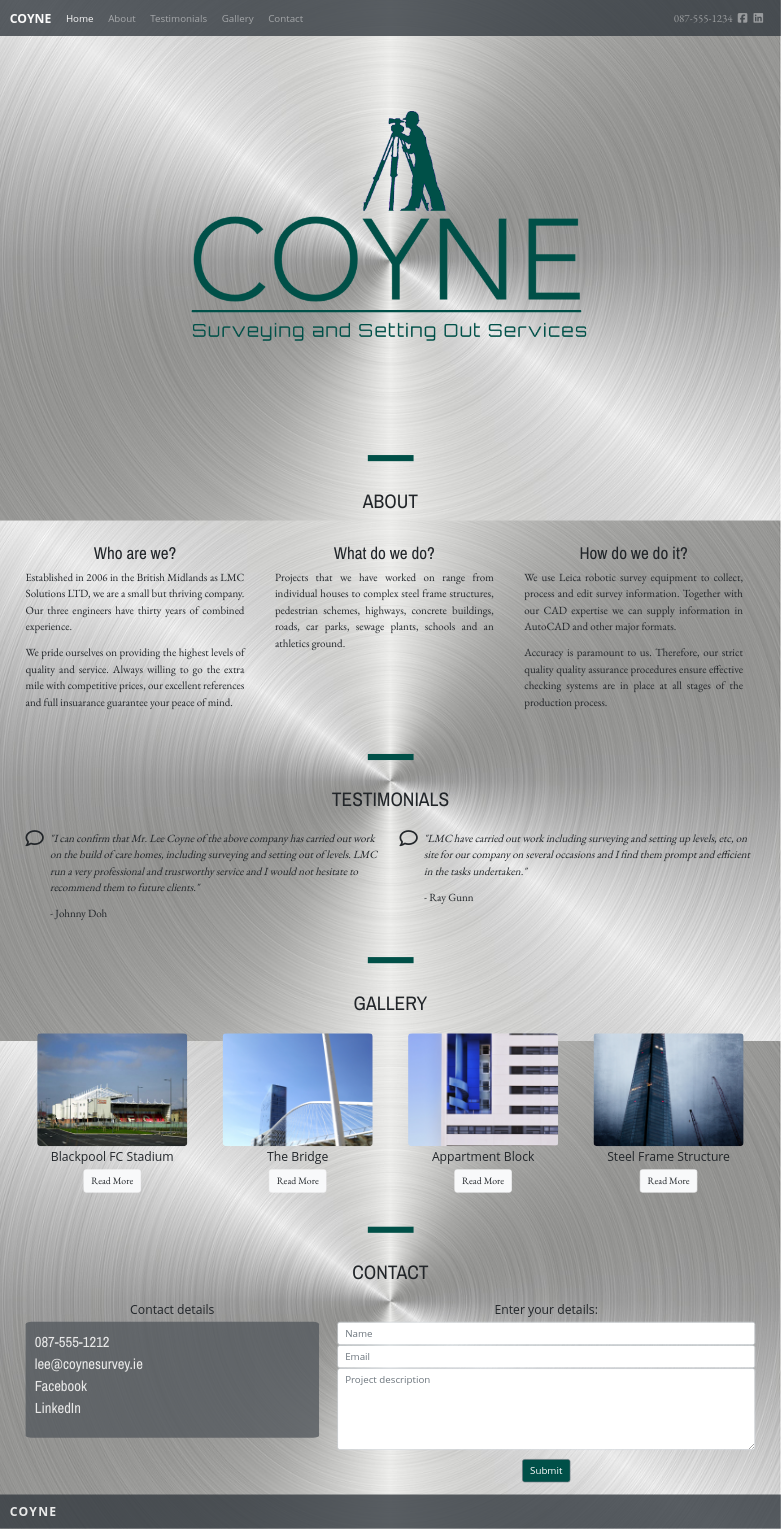
Repository: Leo-Cullen/first-milestone-project
Page: index.html
The author's editor kept a record of every edit. The page is drawn from the files as they stood at one moment, then again after the next edit.
The browser window is 1280 px wide. The pictures show the whole page, at 61% of full size.
Backgrounds fixed to the window are drawn as part of the page. Some web libraries are served in a nearby version.

Above is the page before.

### index.html
<!DOCTYPE html>
<html lang="en">

<head>
    <meta charset="UTF-8">
    <meta name="viewport" content="width=device-width, initial-scale=1.0">
    <meta http-equiv="X-UA-Compatible" content="ie=edge">
    <link rel="stylesheet" href="https://stackpath.bootstrapcdn.com/bootstrap/4.3.1/css/bootstrap.min.css" integrity="sha384-ggOyR0iXCbMQv3Xipma34MD+dH/1fQ784/j6cY/iJTQUOhcWr7x9JvoRxT2MZw1T" crossorigin="anonymous">
    <link href="https://fonts.googleapis.com/css?family=Archivo+Narrow|EB+Garamond&display=swap" rel="stylesheet">
    <link rel="stylesheet" href="assets/css/style.css" type="text/css" />
    <title>Coyne | Surveying and setting out services</title>
    <script src="https://kit.fontawesome.com/c525f812d6.js"></script>
</head>

<body>

    <nav class="navbar top-navbar navbar-expand-sm navbar-dark bg-dark fixed-top">
        <a class="navbar-brand" href="#"> COYNE </a>

        <button class="navbar-toggler" type="button" data-toggle="collapse" data-target="#navbarNav" aria-controls="navbarNav" aria-expanded="false" aria-label="Toggle navigation">
            <span class="navbar-toggler-icon"></span>
        </button>
        <div class="collapse navbar-collapse" id="navbarNav">
            <ul class="navbar-nav mr-auto">
                <li class="nav-item active">
                    <a class="active nav-link mr-2" href="#">Home <span class="sr-only">(current)</span></a>
                </li>
                <li class="nav-item mr-2">
                    <a class="nav-link" href="#about">About</a>
                </li>
                <li class="nav-item mr-2">
                    <a class="nav-link" href="#testimonials">Testimonials</a>
                </li>
                <li class="nav-item mr-2">
                    <a class="nav-link" href="#gallery-anchor">Gallery</a>
                </li>
                <li class="nav-item mr-2">
                    <a class="nav-link" href="#contact">Contact</a>
                </li>
            </ul>
            <div class="d-none d-md-block">
                <p class="navbar-text my-auto mr-2">087-555-1234 <i class="fab fa-facebook-square icon"></i><i class="fab fa-linkedin icon"></i></p>
            </div>
        </div>
    </nav>

    <div class="container-fluid  splash-container">
        <div class="row">
            <div class="col-12">
                <section class="splash jumbotron">
                    <img src="assets/images/coyne-logo.png" width="100%" height="100%" style="margin-top:100px" />
                    <!--  -->
                </section>
            </div>
        </div>
    </div>

    <div class="container-fluid about-container content-container">
        <!-- About section -->
        <hr id="about" />
        <section class="about-section">
            <div class="row">
                <div class="col-12 page-header">
                    <h2 class="text-uppercase section-heading">About</h2>
                </div>
            </div>
            <div class="row">
                <div class="col-12 col-md-6 col-lg-4">
                    <div class="about-col">
                        <h3 class="about-heading">Who are we?</h3>
                        <p>Established in 2006 in the British Midlands as LMC Solutions LTD, we are a small but thriving company. Our three engineers have thirty years of combined experience.</p>
                        <p>We pride ourselves on providing the highest levels of quality and service. Always willing to go the extra mile with competitive prices, our excellent references and full insuarance guarantee your peace of mind.</p>
                    </div>
                </div>
                <div class="col-12 col-md-6 col-lg-4">
                    <div class="about-col">
                        <h3 class="about-heading">What do we do?</h3>
                        <p>Projects that we have worked on range from individual houses to complex steel frame structures, pedestrian schemes, highways, concrete buildings, roads, car parks, sewage plants, schools and an athletics ground.</p>
                    </div>
                </div>
                <div class="col-12 col-md-6 col-lg-4">
                    <div class="about-col">
                        <h3 class="about-heading">How do we do it?</h3>
                        <p>We use Leica robotic survey equipment to collect, process and edit survey information. Together with our CAD expertise we can supply information in AutoCAD and other major formats.</p>
                        <p>Accuracy is paramount to us. Therefore, our strict quality quality assurance procedures ensure effective checking systems are in place at all stages of the production process.</p>
                    </div>
                </div>
            </div>
        </section>
        <!-- / About section -->
    </div>
    <!-- / About container -->

    <div class="container-fluid testimonials-container content-container">
        <!-- Testimonials section -->
        <hr id="testimonials" />
        <section class="testimonials">
            <div class="row">
                <div class="col-12 page-header">
                    <h2 class="text-uppercase section-heading">Testimonials</h2>
                </div>
            </div>
            <div class="row">
                <div class="col-12 col-md-6">
                    <div class="media">
                        <i class="far fa-comment" class="mr-3"></i>
                        <blockquote class="blockquote">
                            <p class="quote">"I can confirm that Mr. Lee Coyne of the above company has carried out work on the build of care homes, including surveying and setting out of levels. LMC run a very professional and trustworthy service and I would not hesitate
                                to recommend them to future clients."</p>
                            <p>- Johnny Doh</p>
                        </blockquote>
                    </div>
                </div>
                <div class="col-12 col-md-6">
                    <div class="media">
                        <i class="far fa-comment" class="mr-3"></i>
                        <blockquote class="blockquote">
                            <p class="quote">"LMC have carried out work including surveying and setting up levels, etc, on site for our company on several occasions and I find them prompt and efficient in the tasks undertaken."</p>
                            <p>- Ray Gunn</p>
                        </blockquote>
                    </div>
                </div>
            </div>
        </section>
        <!-- / Testimonials section -->
    </div>
    <!-- / Testimonials container -->

    <!-- Gallery container -->
    <div class="container-fluid gallery-container content-container">
        <hr id="gallery-anchor" />
        <section class="gallery">
            <div class="row">
                <div class="col-12 page-header">
                    <h2 class="text-uppercase section-heading">Gallery</h2>
                </div>
            </div>
            <div class="row">
                <div class="col-md-6 col-xl-3">
                    <img class="img-responsive" src="assets/images/blackpool-fc.jpg" />
                    <h5>Blackpool FC Stadium</h5>
                    <p><a class="btn btn-small btn-light" href="#">Read More</a></p>
                </div>
                <div class="col-md-6 col-xl-3">
                    <img class="img-responsive" src="assets/images/bridge-640x480.jpg" />
                    <h5>The Bridge</h5>
                    <p><a class="btn btn-small btn-light" href="#">Read More</a></p>
                </div>
                <div class="col-md-6 col-xl-3">
                    <img class="img-responsive" src="assets/images/appartments-640x480.jpg" />
                    <h5>Appartment Block</h5>
                    <p><a class="btn btn-small btn-light" href="#">Read More</a></p>
                </div>
                <div class="col-md-6 col-xl-3">
                    <img class="img-responsive" src="assets/images/skyscraper-640x480.jpg" />
                    <h5>Steel Frame Structure</h5>
                    <p><a class="btn btn-small btn-light" href="#">Read More</a></p>
                </div>
            </div>
        </section>
    </div>
    <!-- / Gallery container -->

    <!-- Contact container -->
    <div class="container-fluid contact-container content-container">
        <hr id="contact" />
        <section class="contact-section">
            <div class="row">
                <div class="col-12 page-header">
                    <h2 class="text-uppercase section-heading">CONTACT</h2>
                </div>
            </div>
            <div class="row bg-color-contact">

                <div class="col-md-5">
                    <h5 class="uppercase text-center">Contact details</h5>
                    <div class="contact-details">
                        <span>087-555-1212</span>
                        <span>lee@coynesurvey.ie</span>
                        <span><a class="contact-link" href="https://www.facebook.com" target="_blank">Facebook</a></span>
                        <span><a class="contact-link" href="https://www.linkedin.com" target="_blank">LinkedIn</a></span>
                        <p></p>
                        <p></p>
                        <p></p>
                    </div>

                </div>
                <div class="col-md-7 center-form">
                    <h5 class="uppercase text-center">Enter your details:</h5>
                    <form>
                        <input type="text" name="name" id="fullname" class="form-control" placeholder="Name" required />
                        <input type="email" name="email" id="emailaddress" class="form-control" placeholder="Email" required />
                        <textarea rows="5" name="projectsummary" id="projectsummary" class="form-control" placeholder="Project description" required></textarea>
                        <div class="form-row text-center">
                            <div class="col">
                                <button type="submit" class="btn btn-secondary">Submit</button>
                            </div>
                        </div>
                    </form>
                </div>
            </div>

        </section>
    </div>
    <!-- / Contact container -->

    <!-- Footer -->
    <nav class="navbar bottom-navbar navbar-expand-sm navbar-dark bg-dark">
        <a class="navbar-brand" href="#">COYNE</a>
    <!-- / Footer -->

    <script src="https://code.jquery.com/jquery-3.3.1.slim.min.js" integrity="sha384-q8i/X+965DzO0rT7abK41JStQIAqVgRVzpbzo5smXKp4YfRvH+8abtTE1Pi6jizo" crossorigin="anonymous"></script>
    <script src="https://cdnjs.cloudflare.com/ajax/libs/popper.js/1.14.7/umd/popper.min.js" integrity="sha384-UO2eT0CpHqdSJQ6hJty5KVphtPhzWj9WO1clHTMGa3JDZwrnQq4sF86dIHNDz0W1" crossorigin="anonymous"></script>
    <script src="https://stackpath.bootstrapcdn.com/bootstrap/4.3.1/js/bootstrap.min.js" integrity="sha384-JjSmVgyd0p3pXB1rRibZUAYoIIy6OrQ6VrjIEaFf/nJGzIxFDsf4x0xIM+B07jRM" crossorigin="anonymous"></script>

</body>

</html>

### assets/css/style.css
/*body,html {
    height: 100%;
    width:100%;
    margin: 0px;
}
*/
body {
    font-family: "Open Sans", sans-serif;
    background: url(../images/circular-metal-960x720.jpg) no-repeat center center fixed;
    -webkit-background-size: cover;
    -moz-background-size: cover;
    -o-background-size: cover;
    background-size: cover;


    overflow-x: hidden; /* remove horizontal scrollbar */
}

h1,h2,h3 {
    font-family: 'Archivo Narrow', sans-serif;
}

p {
    font-family: 'EB Garamond', serif;
    font-size: large;
}

.icon {
    margin: 0 5px 0;
}

/*------------------------------------------------------------------- navbar */

.navbar {
    opacity: 0.8;
}

.navbar-brand {
    font-weight: bold;
}

.top-navbar i:hover {
    font-weight: bold;
    color: #999c9d !important;
}

.navbar-toggler {
    background-color: #005048;
}


/*-------------------------------------------------------------------general styles */

.page-header {
    margin-top: 0;
    margin-bottom: 0;
    text-align: center;
}

.page-header h2 {
    margin-top: 30px;
    margin-bottom: 30px;
}

hr {
    width: 75px;
    height: 10px;
    border: 0;
    background-color: #005048; /* dark green */
}

.section-heading {
    text-align: center;
}

.content-container {
    margin-bottom: 20px;
    margin: 0 auto;
    max-width: 95%; /* keep all content within screen  */
}

/*------------------------------------------------------------------- splash */

.splash-container {
     height: 100vh;
    display: flex;
    align-items: center;
    justify-content: center;
    position: relative;
}


.jumbotron {
   background-color: transparent;
   margin: 0;
}

/*------------------------------------------------------------------- about */

.about-container {
    margin-top: 00px;
    padding: 10px;
}

.about-col {
    padding-top: 20px;
    padding-right: 20px;
}

.about-heading {
    text-align: center;
}

.about-col p {
    text-align: justify;
}

/*-------------------------------------------------------------------testimonials */

.testimonials-container {
    margin-top: 20px;
    padding: 10px;
}

.quote {
    font-style: italic;
}

.testimonials i {
    font-size: 30px;
    margin-right: 10px;
}

/*-------------------------------------------------------------------gallery */

.gallery-container {
    text-align: center;
}

.gallery-container img {
    border-radius: 3%;
    /* border: solid 3px #525252; */
}

.gallery-container h5 {
    padding-top: 6px;
}

.gallery-container p {
    margin-bottom: 30px;
}

/*-------------------------------------------------------------------contact */

.contact-container {
    padding: 10px;
    text-align: center;
    padding-bottom: 0;
}

.img-responsive {
    max-width: 90%;
}

.contact-container i {
    font-size: 20px;
}

.contact-container p {
    font-size: 24px;
    letter-spacing: 2px;
}

.contact-details {
    background-color: #555a5f;
    opacity: 0.8;
}

.center-form .contact-details {
    padding-top: 10px;
    margin: 0 auto;
    max-width: 65%;
}

.contact-details {
    border-radius: 2%;
    text-align: left;
    padding-left: 15px;
    padding-top: 15px;
    padding-bottom: 15px;
    color: #fff;

}

.contact-details span {
    display: block;
    padding: 0;
    font-family: 'Archivo Narrow', sans-serif;
    font-size: x-large;
}


.contact-details a {
    color: #fff;
}

.contact-details a:hover {
    color: #999c9d;
    text-decoration: none;
}

button[type="submit"] {
    margin-top: 15px;
    margin-bottom: 20px;
    background-color: #005048;
}

.bottom-navbar {
    margin: 0;
    letter-spacing: 2px;
    opacity: 0.8;
}

After the next edit:
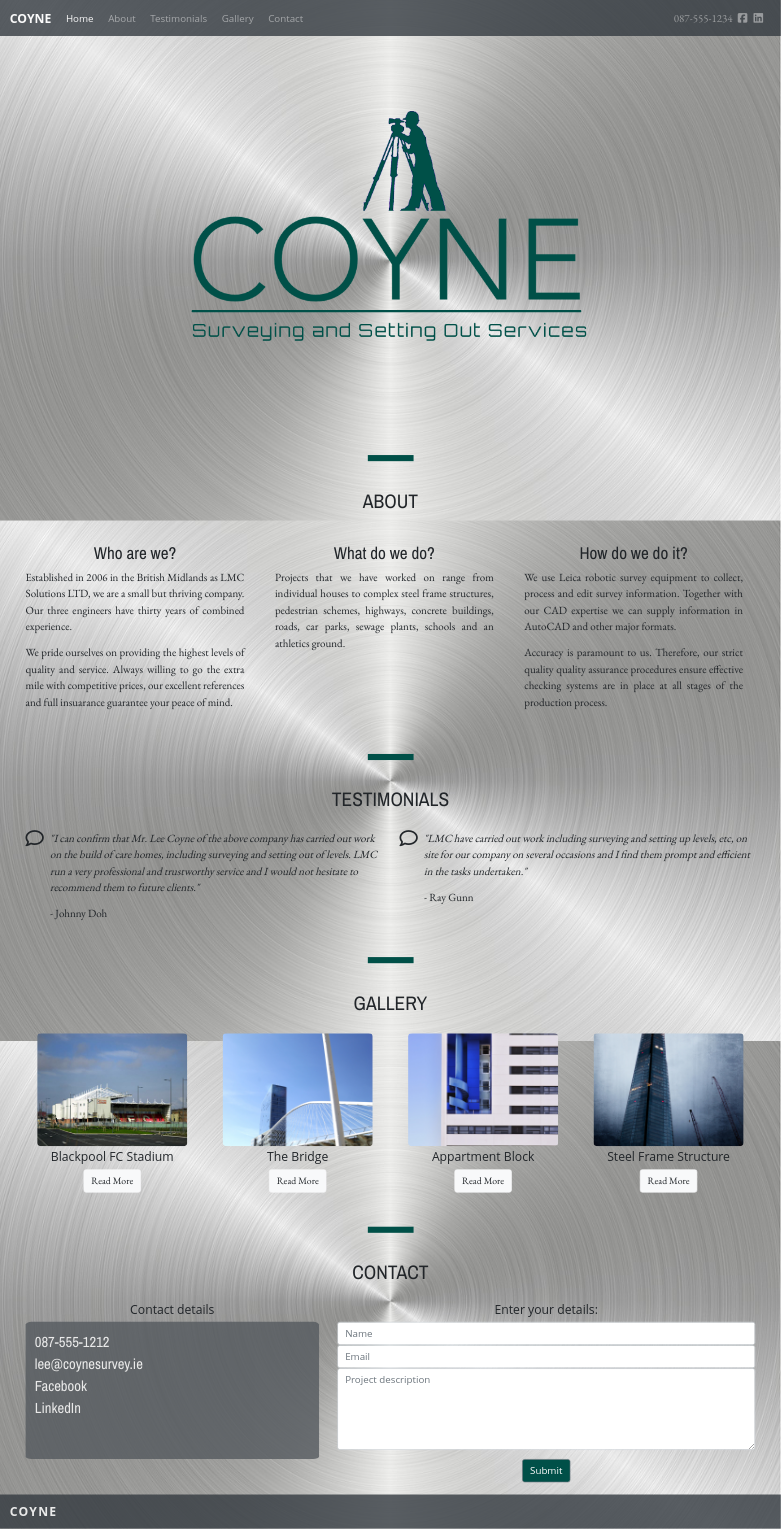
The edit:
--- a/assets/css/style.css
+++ b/assets/css/style.css
@@ -187,7 +187,7 @@
     text-align: left;
     padding-left: 15px;
     padding-top: 15px;
-    padding-bottom: 15px;
+    padding-bottom: 50px;
     color: #fff;
 
 }
